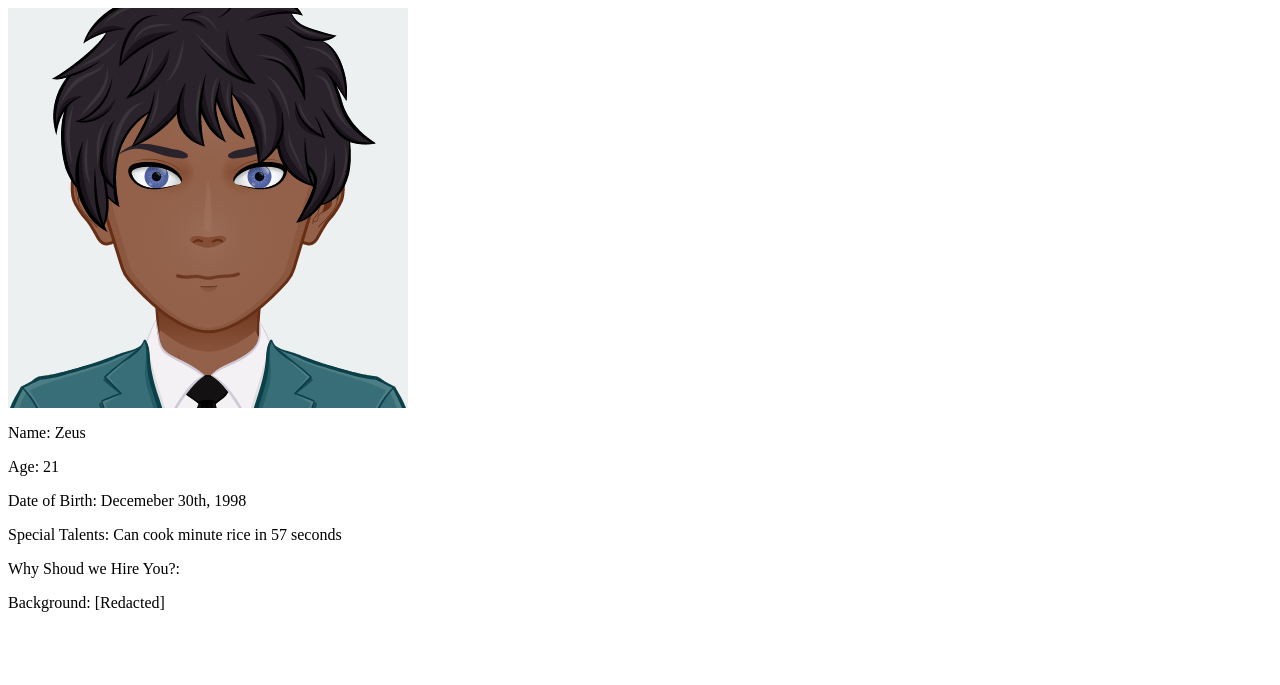
Repository: MatthewSalazar30/MatthewSalazar30.github.io
Page: avatar.html
The author's editor kept a record of every edit. The page is drawn from the files as they stood at one moment, then again after the next edit.
The browser window is 1280 px wide. The pictures show the whole page.

Above is the page before.

After the next edit:
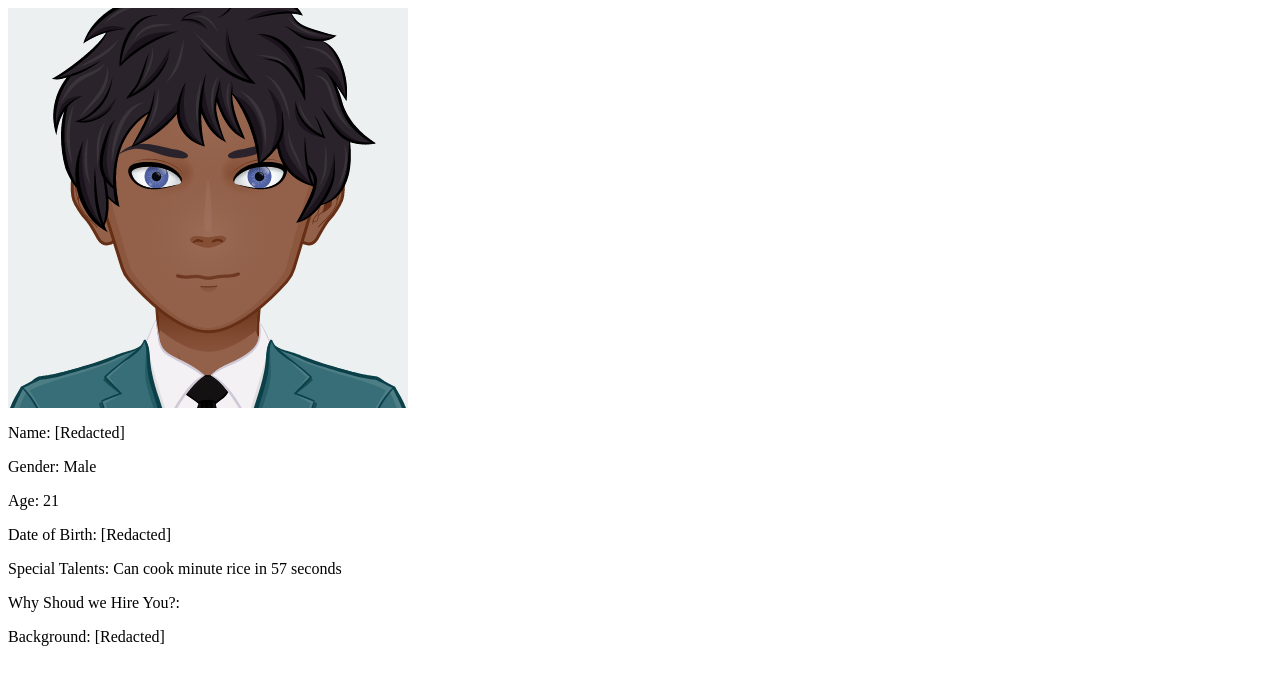
The edit:
--- a/avatar.html
+++ b/avatar.html
@@ -21,9 +21,10 @@
 
         <img src="images/myAvatar.png" />
 
-      <p>Name: Zeus</p>
+      <p>Name: [Redacted]</p>
+      <p>Gender: Male</p>
       <p>Age: 21</p>
-      <p>Date of Birth: Decemeber 30th, 1998</p>
+      <p>Date of Birth: [Redacted]</p>
       <p>Special Talents: Can cook minute rice in 57 seconds</p>
       <p>Why Shoud we Hire You?: </p>
       <p>Background: [Redacted]</p>
